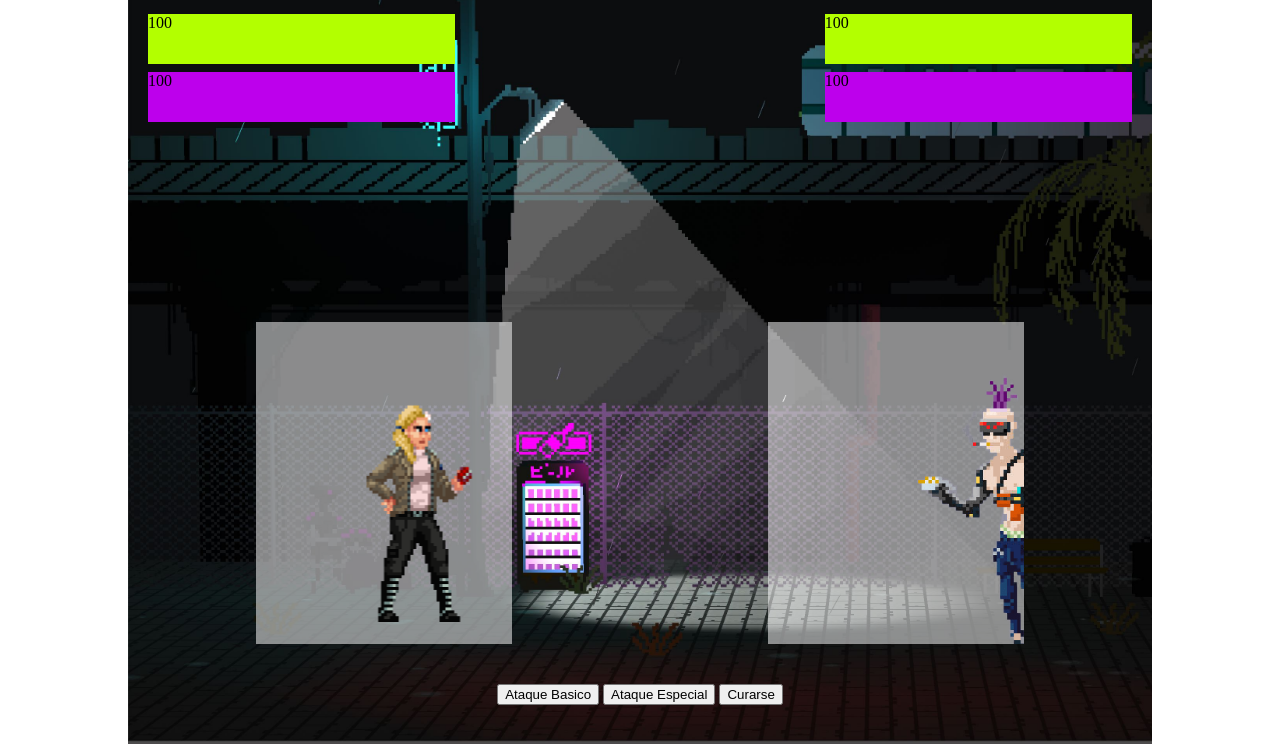
Repository: NovaDuel/novaduel-game
Page: index.html
These files come from the project's save history. The page is drawn as it stood at one moment and after a run of saves; the edit follows.
The browser window is 1280 px wide. The pictures show the whole page.

Above is the page before, as saved 2024-03-25 16:16:09.

After the next 2 saves:
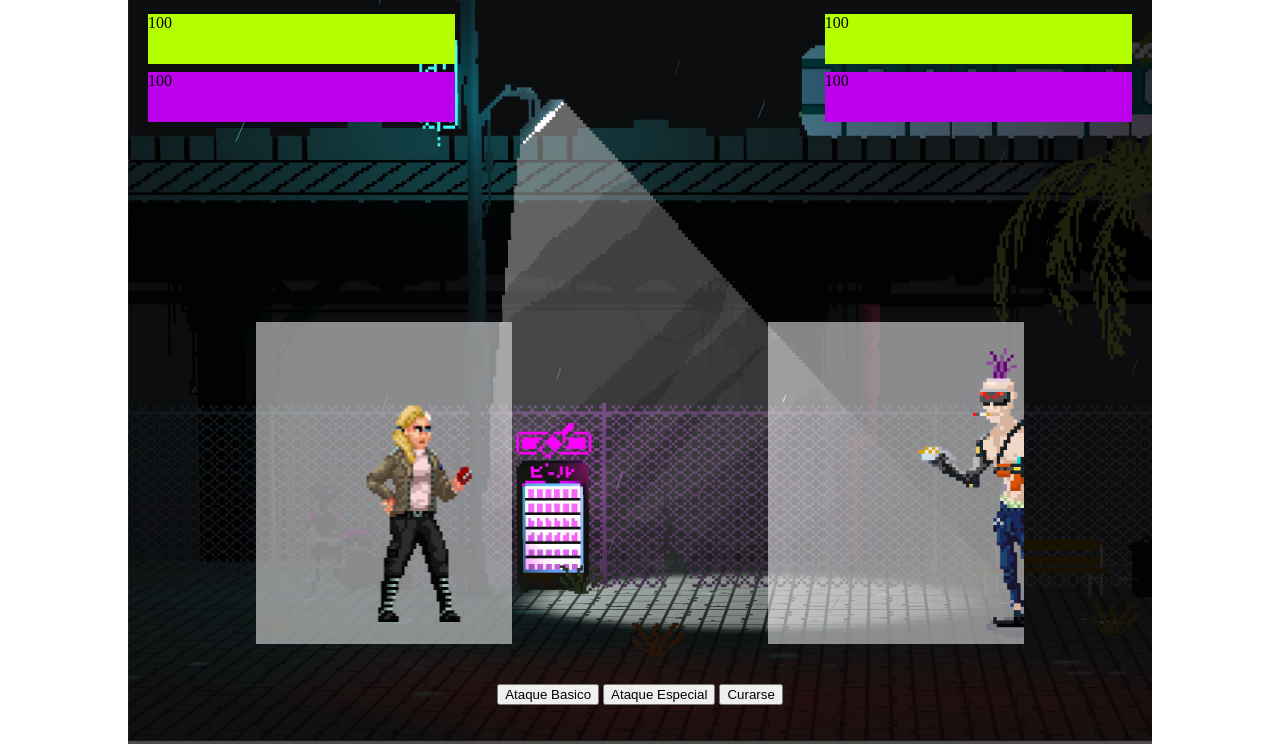
The 2 saves are shown as one change because they came seconds apart.
The last was saved 7 s later.
--- a/style.css
+++ b/style.css
@@ -67,7 +67,7 @@ body {
 }
 
 #enemy {
-    background-position-y: -50px;
+    background-position-y: -80px;
     background-size: 200%;
     background-repeat: no-repeat;
     background-image: url(./images/enemy.png)
